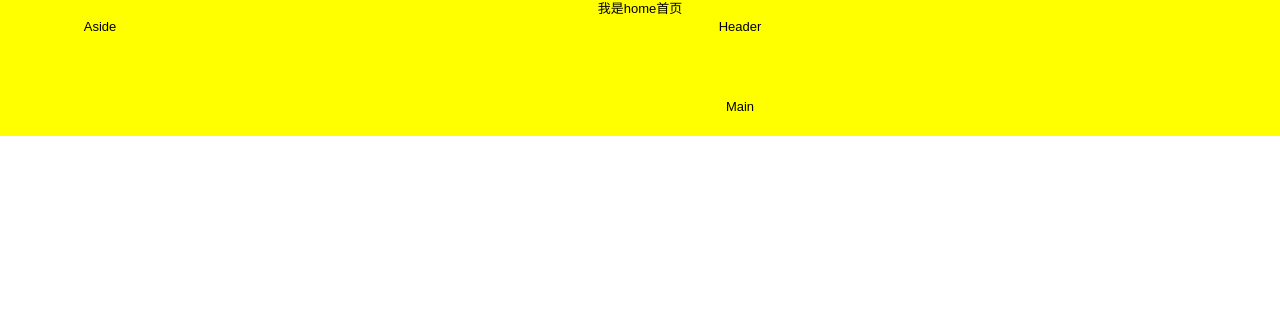
Repository: wuder-jie/Manager-System
Page: /home
An editor plug-in stored every save of this project. The page is shown before and after the next save, followed by the edit.
The browser window is 1280 px wide. The pictures show the whole page.
The project was rebuilt for these pictures with package versions that can differ from the ones it lists, and the page was loaded fresh each time. Also part of the build but not shown: vue.config.js.

Above is the page before, as saved 2022-11-28 13:44:14.

After the next save:
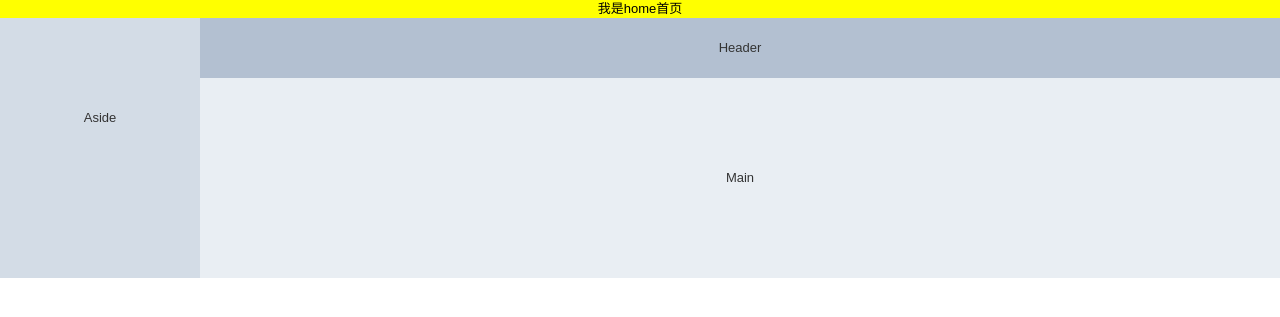
Saved 55 s later.
--- a/src/pages/home/index.vue
+++ b/src/pages/home/index.vue
@@ -27,5 +27,38 @@ export default {
   .el-button {
     color: red;
   }
+  .el-header, .el-footer {
+    background-color: #B3C0D1;
+    color: #333;
+    text-align: center;
+    line-height: 60px;
+  }
+
+  .el-aside {
+    background-color: #D3DCE6;
+    color: #333;
+    text-align: center;
+    line-height: 200px;
+  }
+
+  .el-main {
+    background-color: #E9EEF3;
+    color: #333;
+    text-align: center;
+    line-height: 160px;
+  }
+
+  body > .el-container {
+    margin-bottom: 40px;
+  }
+
+  .el-container:nth-child(5) .el-aside,
+  .el-container:nth-child(6) .el-aside {
+    line-height: 260px;
+  }
+
+  .el-container:nth-child(7) .el-aside {
+    line-height: 320px;
+  }
 }
 </style>
